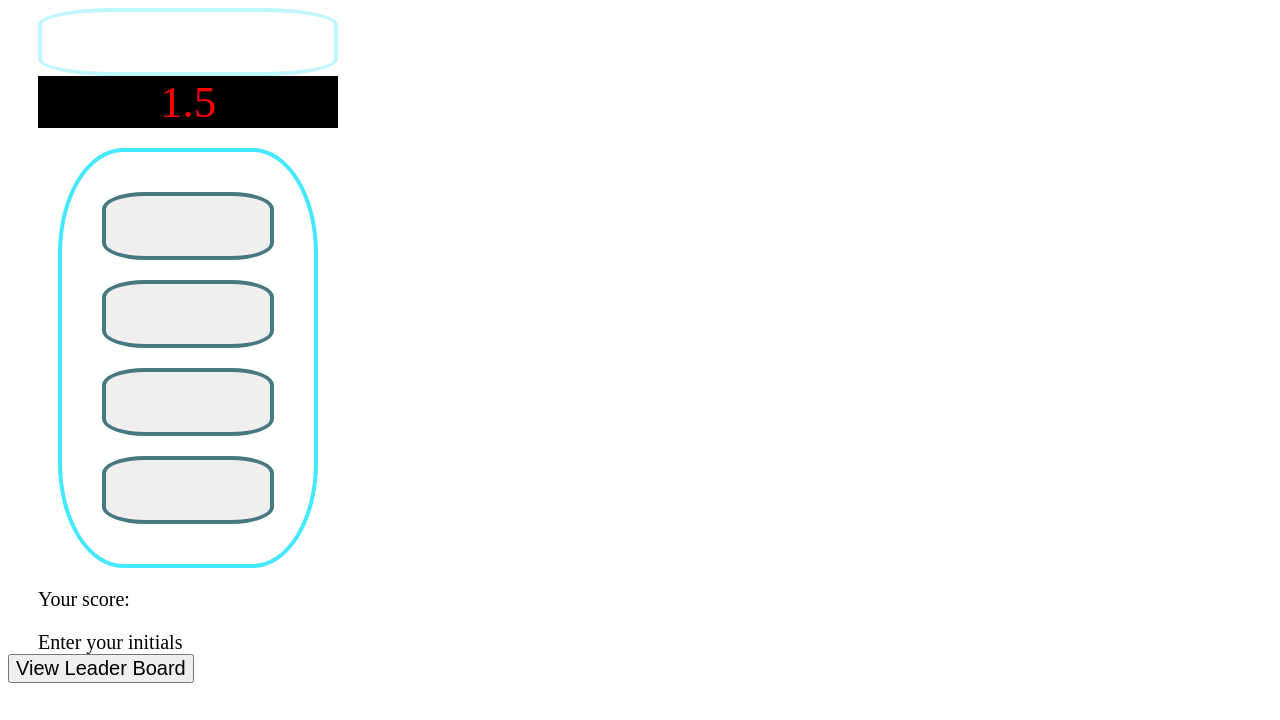
Repository: stuart-rickard/coding-quiz
Page: index.html
These files come from the project's save history. The page is drawn as it stood at one moment and after the next save; the edit follows.
The browser window is 1280 px wide. The pictures show the whole page.
After loading, the first visible `#starter-button` was clicked once.

Above is the page before, as saved 2021-11-23 06:02:33.

After the next save:
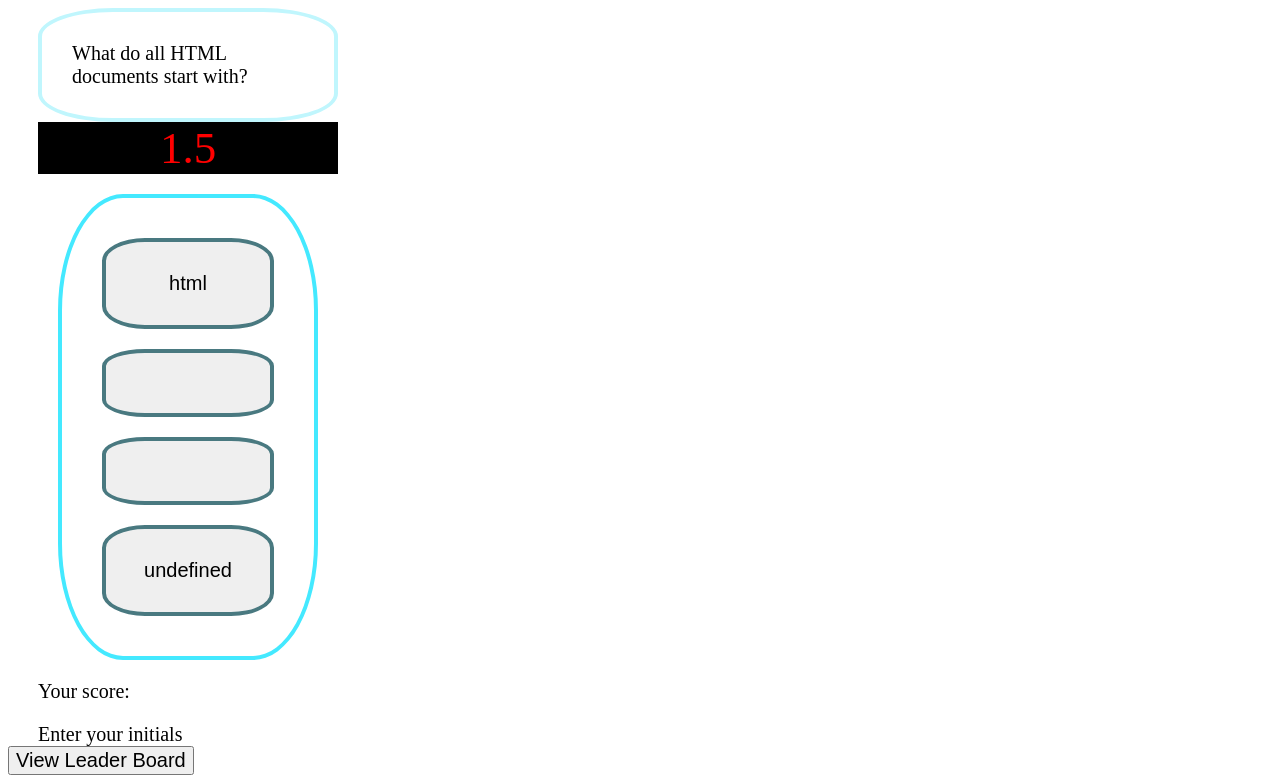
Saved 7 min 0 s later.
--- a/assets/js/script.js
+++ b/assets/js/script.js
@@ -95,6 +95,11 @@
     //Begin clock
     timerCountdown();
     // get questions / answers
+    questionDiv.innerHTML = questions[1].question;
+    answerA.innerHTML = questions[1].answers[1];
+    answerB.innerHTML = questions[1].answers[2];
+    answerC.innerHTML = questions[1].answers[3];
+    answerD.innerHTML = questions[1].answers[4];
 
 }
 
